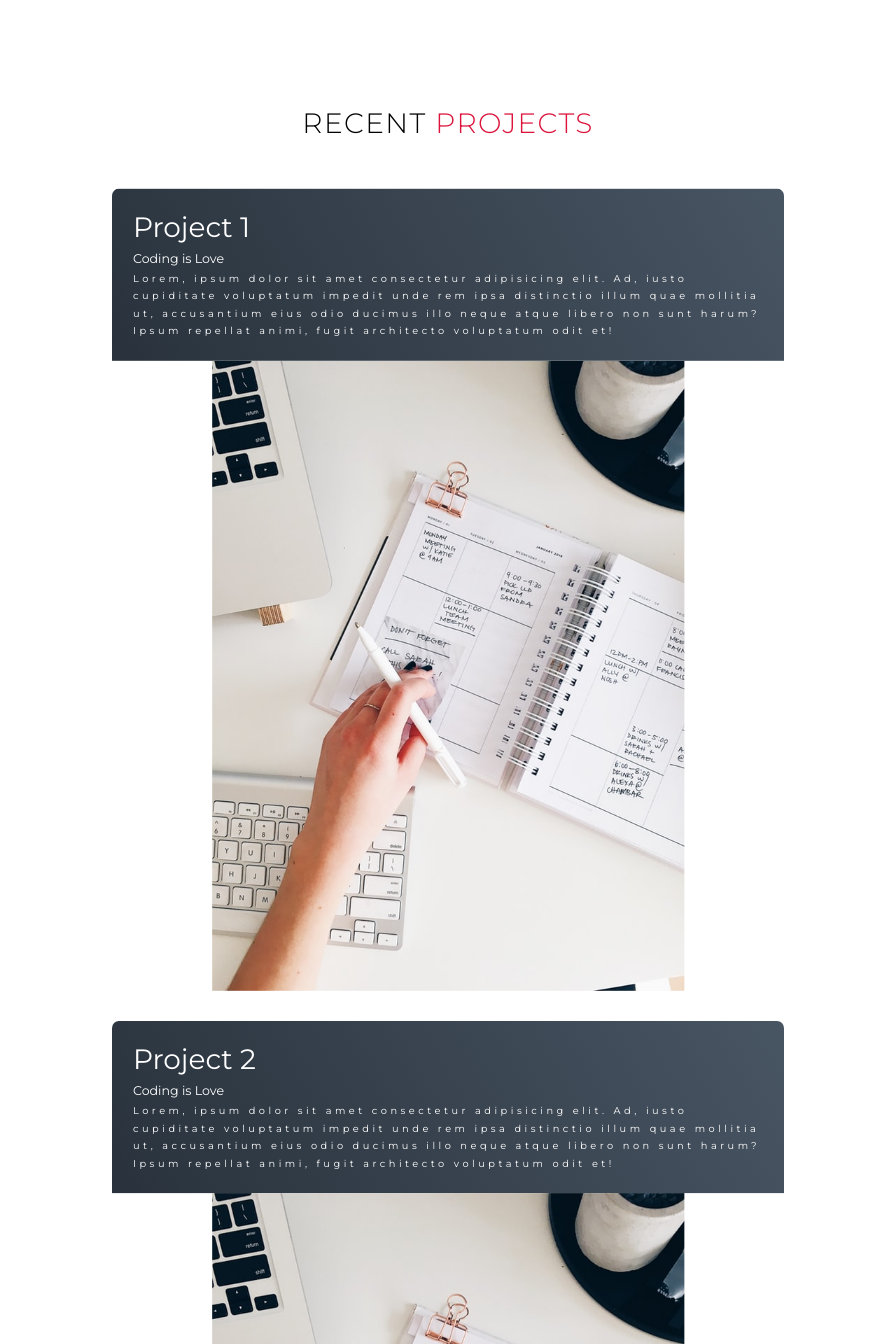
Repository: randysteele/my-portfolio-2023
Page: index.html
An editor plug-in stored every save of this project. The page is shown before and after the next save, followed by the edit.
The browser window is 1280 px wide. The pictures show the part of the page from y = 1728 to 3648 px (the page is 10071 px tall before and 6126 px after), at 70% of full size.

Above is the page before, as saved 2023-04-23 19:59:12.

After the next save:
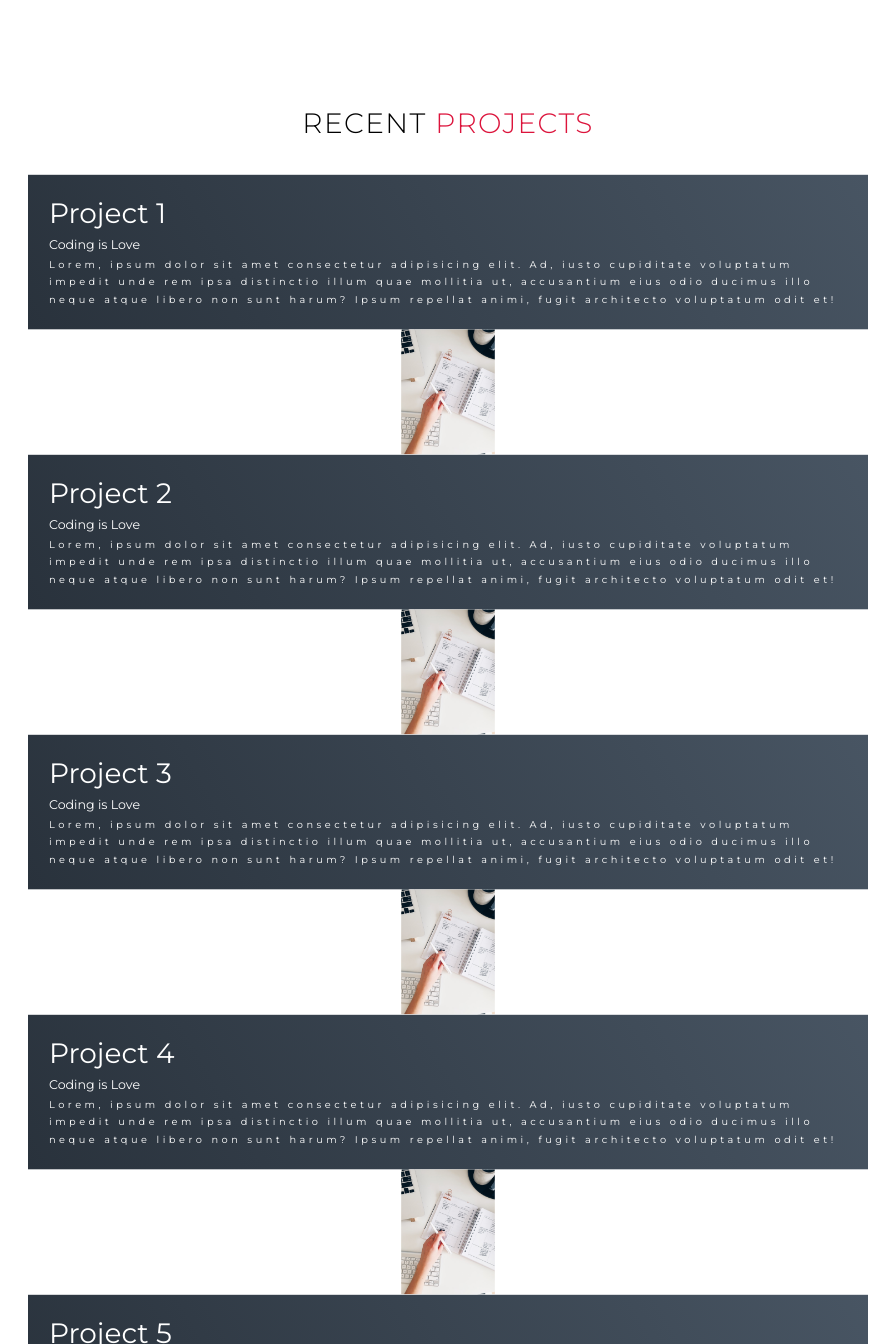
Saved 65 s later.
--- a/style.css
+++ b/style.css
@@ -507,11 +507,12 @@ margin-bottom: 50px;
 /* End Service Section */
 
 /* Project Section */
-#projects .project{
+#projects .project-item{
     height: 400px;
     margin: 0;
     width: 100%;
     border-radius: 0;
 }
+#projects .
 
 /* End Media Query For Tablet */
